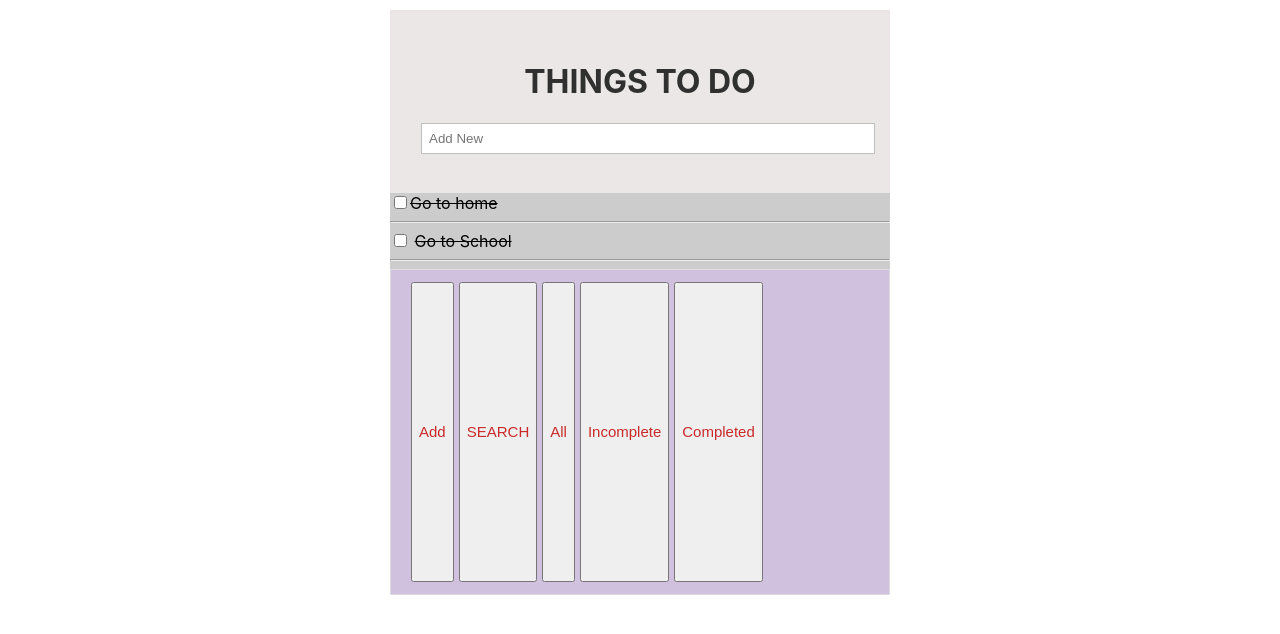
Repository: kirangautam45/To-Do-Application
Page: /
The author's editor kept a copy of each file at every save. The page is drawn from the files as they stood at one save, then again after a run of saves.
The browser window is 1280 px wide. The pictures show the whole page.
The project was rebuilt for these pictures with package versions that can differ from the ones it lists, and the page was loaded fresh each time.

Above is the page before, as saved 2022-08-11 14:43:18.

After the next 3 saves:
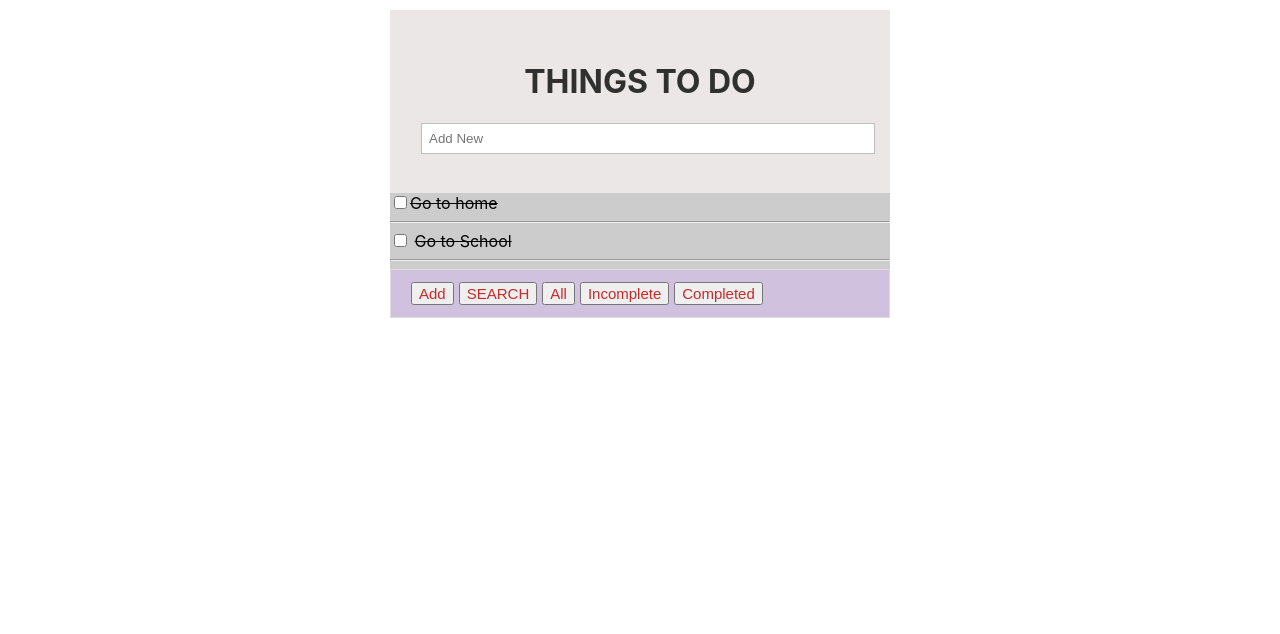
The 3 saves are shown as one change because they came seconds apart.
The last was saved 10 s later.
--- a/src/App.css
+++ b/src/App.css
@@ -49,7 +49,7 @@ position: relative;
 }
 
 .Icon_button {
-  height: 300px;
+  height:auto;
   width: auto;
   align-items: left;
   color: rgb(201, 42, 42);
